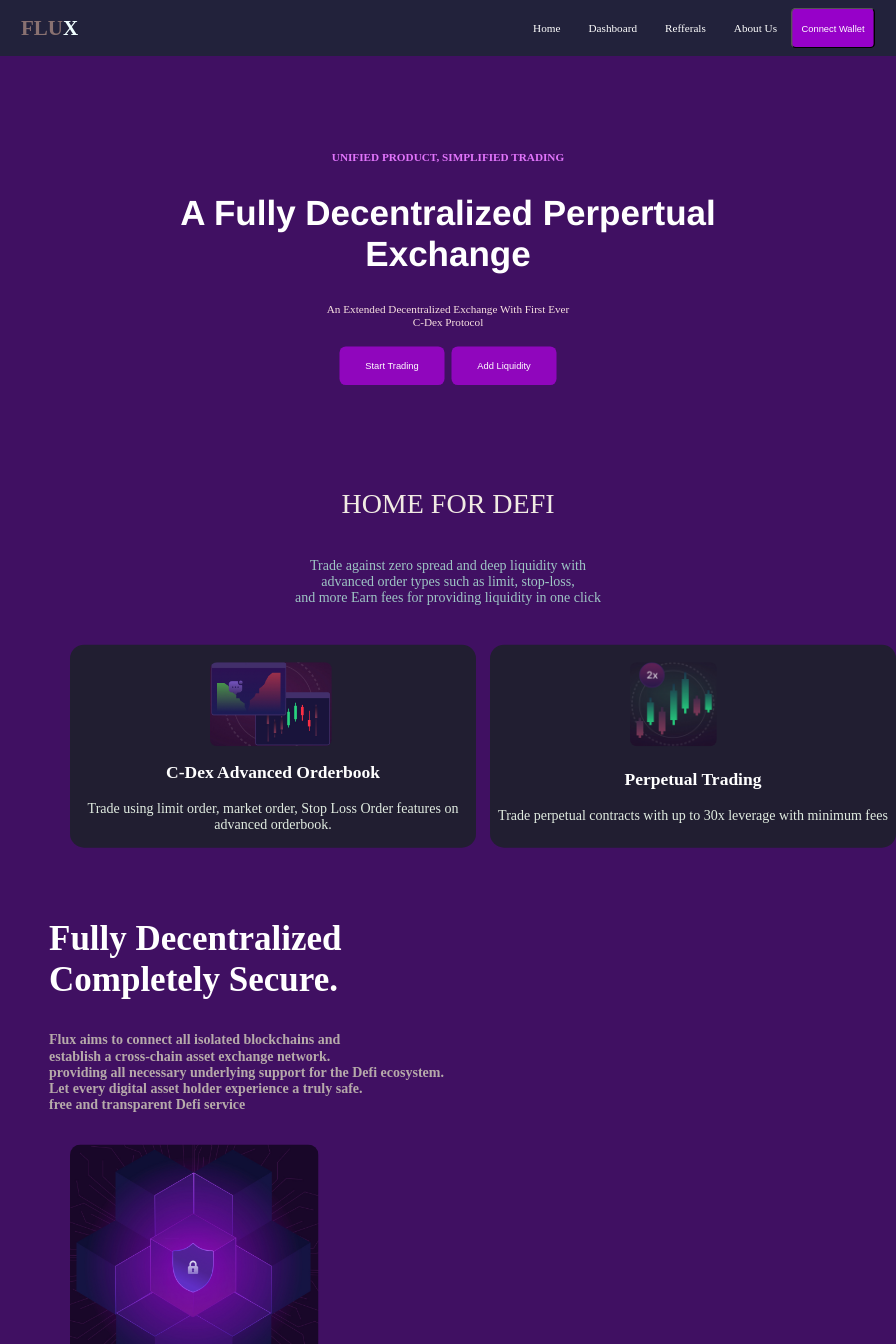
Repository: Tobby004/Flux-figma
Page: index.html
These files come from the project's save history. The page is drawn as it stood at one moment and after the next save; the edit follows.
The browser window is 1280 px wide. The pictures show the part of the page from y = 0 to 1920 px (the page is 3239 px tall before and 3255 px after), at 70% of full size.

Above is the page before, as saved 2023-04-29 09:40:12.

After the next save:
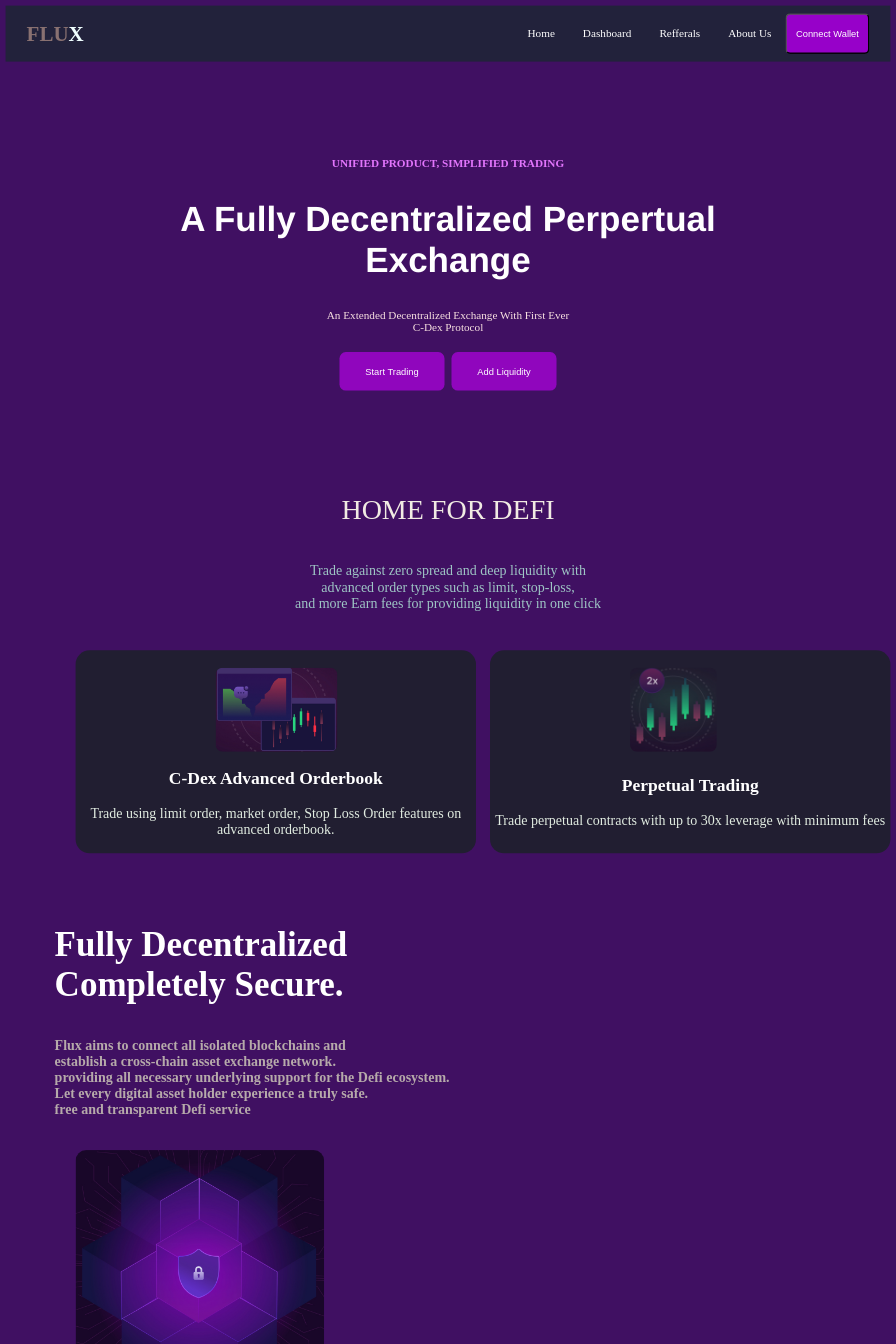
Saved 6 min 32 s later.
--- a/style.css
+++ b/style.css
@@ -4,7 +4,6 @@
     list-style: none;
 }
 body {
-    margin: 0;
     padding: 0;
     background-color: rgb(64, 16, 98);
 }
@@ -31,7 +30,7 @@ body {
     display: block;
     color: #fefefe;
     text-decoration: none;
-    padding:  20px;
+    padding:20px;
 
 }
 .navbar ul li a:hover{
